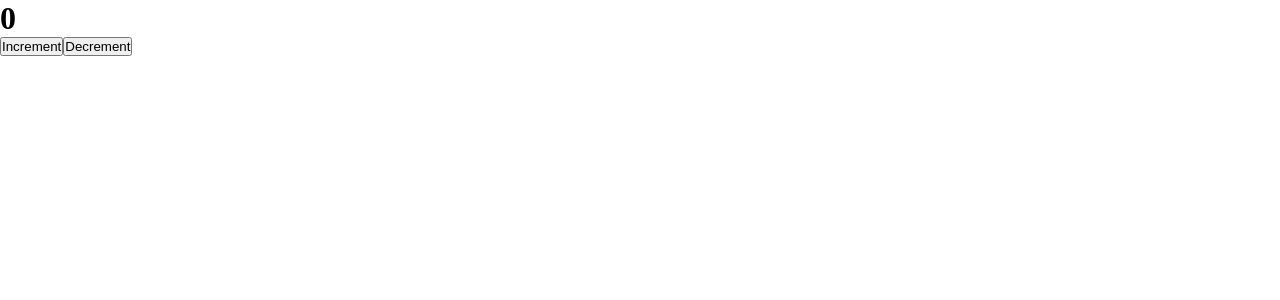
Repository: Ellisvelandia/react_introduction_test
Page: /
The author's editor kept a copy of each file at every save. The page is drawn from the files as they stood at one save, then again after the next save.
The browser window is 1280 px wide. The pictures show the whole page.
The project was rebuilt for these pictures with package versions that can differ from the ones it lists, and the page was loaded fresh each time. Also part of the build but not shown: src/index.css.

Above is the page before, as saved 2022-08-15 19:31:32.

### src/App.js
import "./App.css";
import React, { useState } from "react";

const App = () => {
  const [num, changeNum] = useState(0);

  const incrementNum = () => {
    changeNum(num + 2);
  };

  const decrementNum = () => {
    if (num - 1 < 0) {
      alert(`you can't decrease than 0`);
    } else {
      changeNum(num - 2);
    }
  };

  return (
    <>
      <div className="container">
        <h1>{num}</h1>
        <button onClick={incrementNum}>Increment</button>
        <button onClick={decrementNum}>Decrement</button>
      </div>
    </>
  );
};

export default App;

### src/App.css
* {
  margin: 0;
  padding: 0;
  box-sizing: border-box;
}

.container {
 display: ;
}

Loaded but not shown: public/index.html (common file); src/index.js (common file); src/reportWebVitals.js (common file)

After the next save:
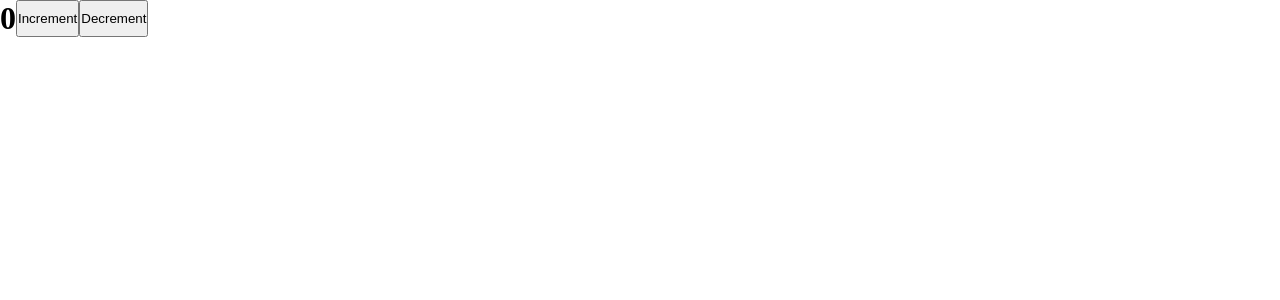
Saved 4 s later.
--- a/src/App.css
+++ b/src/App.css
@@ -5,5 +5,6 @@
 }
 
 .container {
- display: ;
+ display: flex;
+ justify-content: ;
 }
